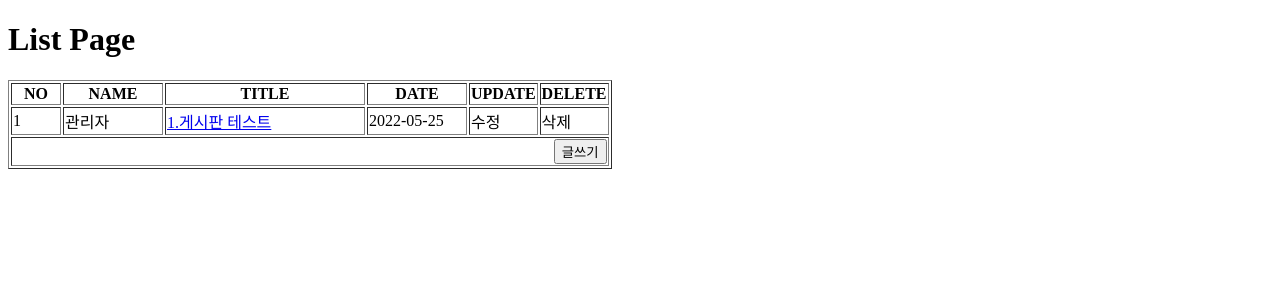
Repository: yyci12/TIL
Page: http://localhost/Jsp01_MyBoard/
The author's editor kept a copy of each file at every save. The page is drawn from the files as they stood at one save, then again after the next save.
The browser window is 1280 px wide. The pictures show the whole page.
The page is served by Tomcat 9. The database holds what the project's SQL file puts in it.

Above is the page before, as saved 2022-05-25 08:02:58.

After the next save:
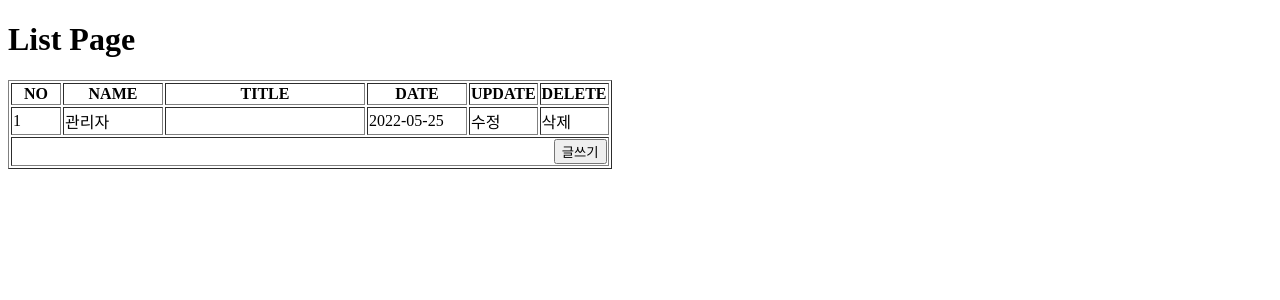
Saved 2 min 11 s later.
--- a/Web/Jsp01_MyBoard/WebContent/mylist.jsp
+++ b/Web/Jsp01_MyBoard/WebContent/mylist.jsp
@@ -38,7 +38,7 @@
 	<tr>
 		<td><%=list.get(i).getMyno()%></td>
 		<td><%=list.get(i).getMyname()%></td>
-		<td><a href="selectone.jsp"><%=list.get(i).getMyno()+"." %><%=list.get(i).getMytitle()%></a></td>
+		<td><a href="selectone.jsp"></a></td>
 		<td><%=list.get(i).getMydate()%></td>
 		<td><a>수정</a></td>
 		<td><a>삭제</a></td>
